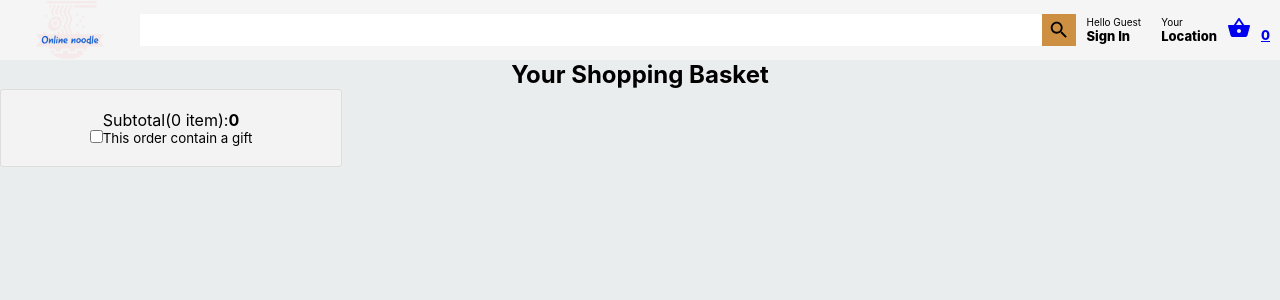
Repository: treenoise09/Noodleonline
Page: /checkout
The author's editor kept a copy of each file at every save. The page is drawn from the files as they stood at one save, then again after the next save.
The browser window is 1280 px wide. The pictures show the whole page.
The project was rebuilt for these pictures with package versions that can differ from the ones it lists, and the page was loaded fresh each time. Also part of the build but not shown: src/Home.css, src/Noodle.css, src/Noodle.js, src/Home.js.

Above is the page before, as saved 2022-10-28 11:35:58.

### src/index.css
* {
  margin: 0;
}
body {
  background-color: rgb(234,237,237);
  margin: 0;
  font-family: -apple-system, BlinkMacSystemFont, 'Segoe UI', 'Roboto', 'Oxygen',
    'Ubuntu', 'Cantarell', 'Fira Sans', 'Droid Sans', 'Helvetica Neue',
    sans-serif;
  -webkit-font-smoothing: antialiased;
  -moz-osx-font-smoothing: grayscale;
}

code {
  font-family: source-code-pro, Menlo, Monaco, Consolas, 'Courier New',
    monospace;
}

### src/App.js
import React from 'react';
import './App.css';
import Header from './Header';
import Home from './Home';
import{BrowserRouter as Router,Routes ,Route} from "react-router-dom";
import Noodle from './Noodle';
import Cart from './Cart';

function App() {
  return (
    <Router>
      <Header/>
    <div className="App">
      <Routes>
      <Route path='/' element={<Home/>}/>
      <Route path='/checkout' element={<Cart/>}/>



      </Routes>
    </div>
    </Router>
  );
}

export default App;

### src/Header.js
import React from "react";
import './Header.css'
import Logo from './img/Onlinenoodle-logos_transparent.png'
import SearchIcon from '@mui/icons-material/Search';
import ShoppingBasketIcon from '@mui/icons-material/ShoppingBasket';
import { Link } from "react-router-dom";

function Header() {
    return(
        <div className="header">
            <Link to="/">
            <img className="header_logo" src={Logo} alt=""/>
            </Link>
            <div className="header_search">
                <input className="header_searchInput" type='text'/>
                <SearchIcon className="header_searchIcon"/>
            </div>
            <div className="header_nav">
            <div className="header_option">
                    <span className="header_optionLineOne">
                        Hello Guest
                    </span>
                    <span className="header_optionLineTwo">
                        Sign In
                    </span>


            </div>
            <div className="header_option">
                    <span className="header_optionLineOne">
                        Your
                    </span>
                    <span className="header_optionLineTwo">
                        Location
                    </span>
            </div><Link to="/checkout">
            <div className="header_optionBasket">
            <ShoppingBasketIcon/>
            <span className="header_optionLineTwo header_basketCount">0</span>
            </div>
            </Link>
        </div>
        </div>
    )

}


export default Header

### src/Cart.js
import React from 'react'
import Subtotal from './Subtotal'

function Cart() {
  return (
    <div className='Cart'>
        <div className='checkout_left'>
            <div>
                <h2 className='cheakout_title'>
                    Your Shopping Basket
                </h2>
            </div>
        </div>
        <div className='cheackout_right'>
                    <Subtotal/>
        </div>
    </div>
  )
}

export default Cart

### src/Header.css
.header{
    height: 60px;
    display: flex;
    align-items: center;
    background-color: whitesmoke;
    position: sticky;
    top: 0;
    z-index: 100;
}
.header_search{
    display: flex;
    flex: 1;
    align-items: center;
    border-radius: 24px;
}
.header_searchInput{
    height: 12px;
    padding: 10px;
    border: none;
    width: 100%;
}
.header_searchIcon{
    padding: 5px;
    height: 22px !important;
    background-color: #cd9042;
}
.header_logo{
    width: 100px;
    display: flex;
    object-fit: contain;
    margin: 0 20px;

}
.header_option{
    display: flex;
    flex-direction: column;
    margin-left: 10px;
    margin-right: 10px;
}
.header_nav{
    display: flex;
    justify-content: space-evenly;
}
.header_optionLineOne{
    font-size: 10px;
}
.header_optionLineTwo{
    font-size: 13px;
    font-weight: 800;
}
.header_optionbasket{
    display: flex;
    align-items: center;
}
.header_basketCount{
    margin-left: 10px;
    margin-right: 10px;
}

### src/Subtotal.js
import React from 'react'
import "./Subtotal.css"
import CurrencyFormat from "react-currency-format";
function Subtotal() {
  return (
    <div className='Subtotal'>
<CurrencyFormat
renderText={(value) => (
<>
    <p>
        Subtotal(0 item):
        <strong>0</strong>
        </p>
        <small className='subtotal_gift'>
            <input type="checkbox"/>This order contain a gift
        </small>
        </>
)}
decimalScale={2}
value={0}
displayType={"text"}
thousandSeparator={true}
prefix="฿"
/>
    </div>
  )
}

export default Subtotal

### src/Subtotal.css
.Subtotal{
    display: flex;
    flex-direction: column;
    justify-content: space-between;
    width: 300px;
    height: 100;
    padding: 20px;
    background-color: #f3f3f3;
    border: 1px solid #dddddd;
    border-radius: 3px;
}

Loaded but not shown: public/index.html (common file); src/index.js (common file); src/reportWebVitals.js (common file); src/App.css (common file)

After the next save:
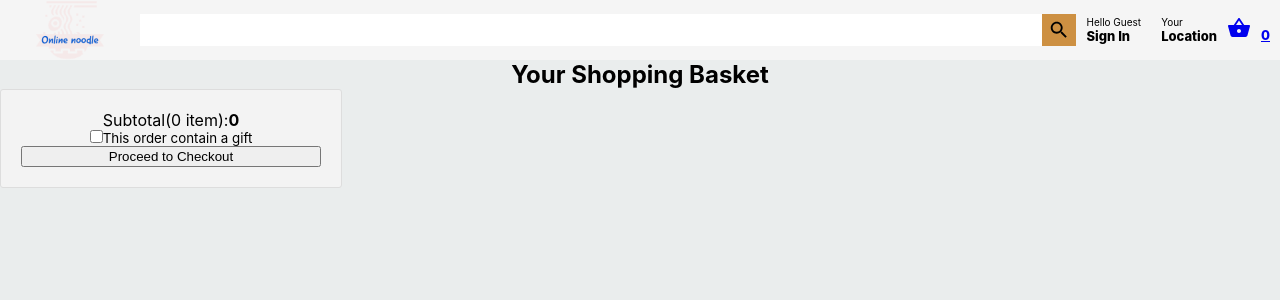
Saved 5 min 3 s later.
--- a/src/Subtotal.js
+++ b/src/Subtotal.js
@@ -22,6 +22,7 @@
 thousandSeparator={true}
 prefix="฿"
 />
+    <button>Proceed to Checkout</button>
     </div>
   )
 }
